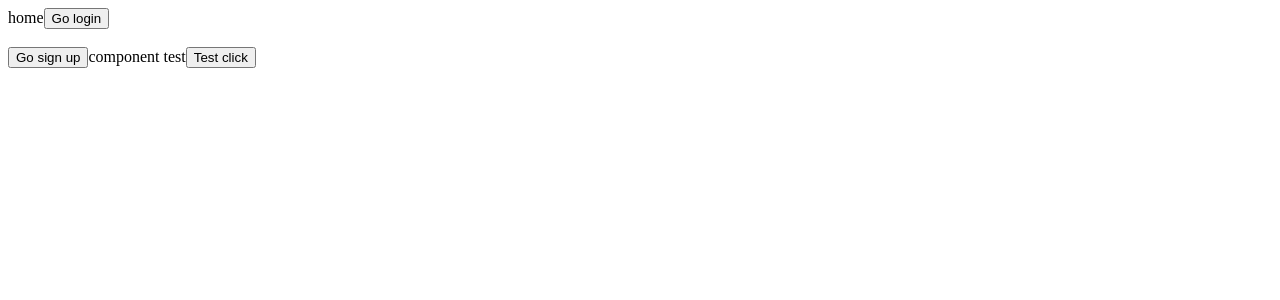
Repository: knowledgeAlan/nextjs-client-router-one
Page: /
These files come from the project's save history. The page is drawn as it stood at one moment and after the next save; the edit follows.
The browser window is 1280 px wide. The pictures show the whole page.
The project was rebuilt for these pictures with package versions that can differ from the ones it lists, and the page was loaded fresh each time. The framework's server and built-in components were replaced by stand-ins that run in the browser. Also part of the build but not shown: next.config.mjs.

Above is the page before, as saved 2024-05-17 14:16:23.

After the next save:
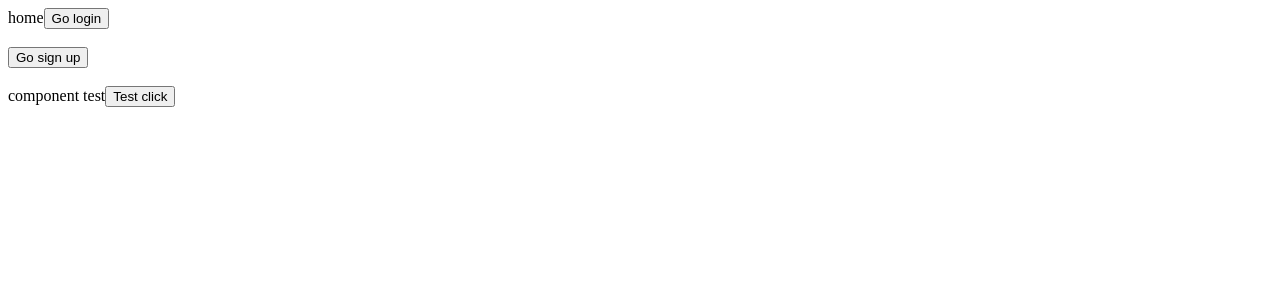
Saved 18 s later.
--- a/src/app/page.tsx
+++ b/src/app/page.tsx
@@ -29,6 +29,7 @@ export default function Home() {
       <button onClick={buttonClickSignUp}   >
         Go sign up
       </button>
+      <br/><br/>
 
       <TestComponent
         userName='test name'
